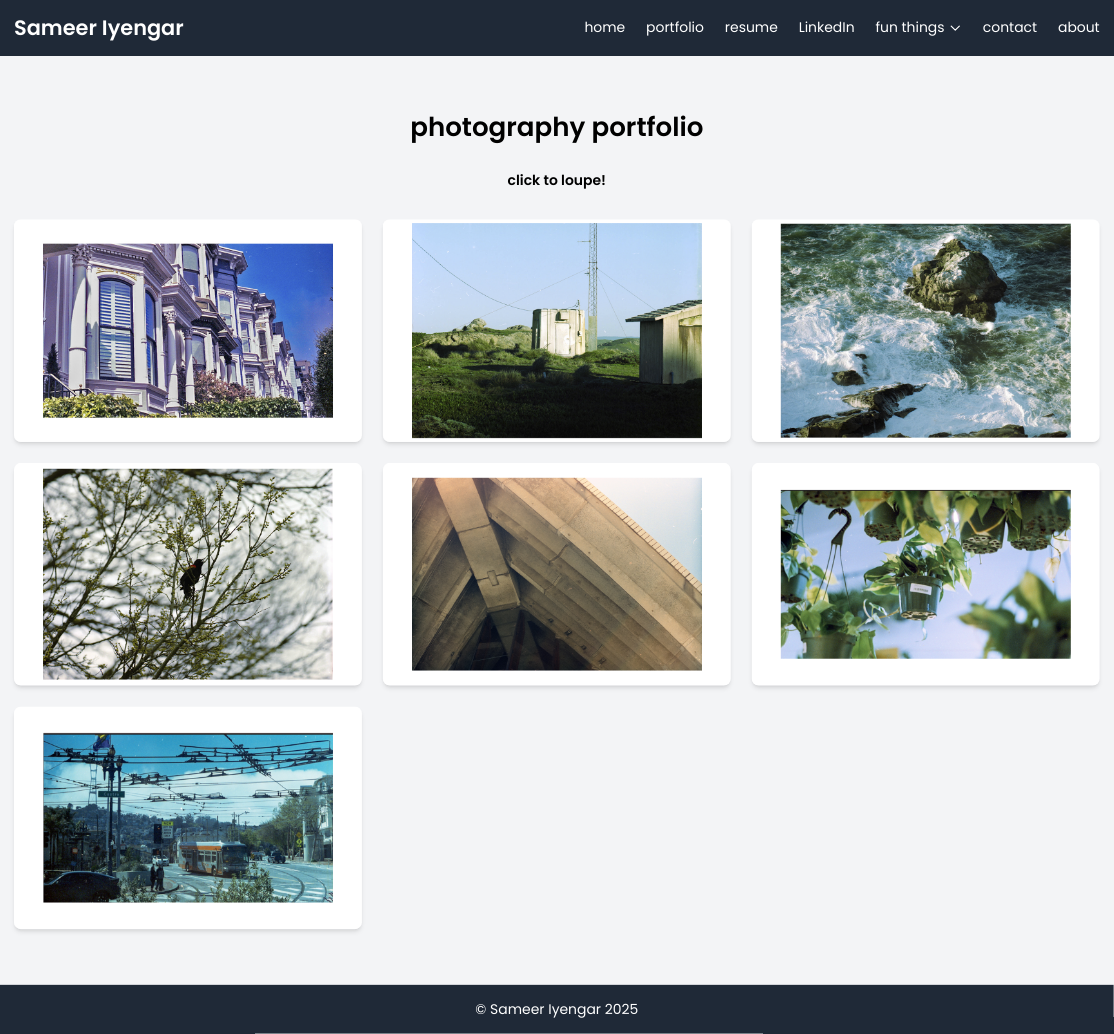
Repository: siyengar04/siyengar04.github.io
Page: portfolio.html
An editor plug-in stored every save of this project. The page is shown before and after the next save, followed by the edit.
The browser window is 1280 px wide. The pictures show the whole page, at 87% of full size.
Some web libraries are served in a nearby version.

Above is the page before, as saved 2025-06-26 18:23:29.

After the next save:
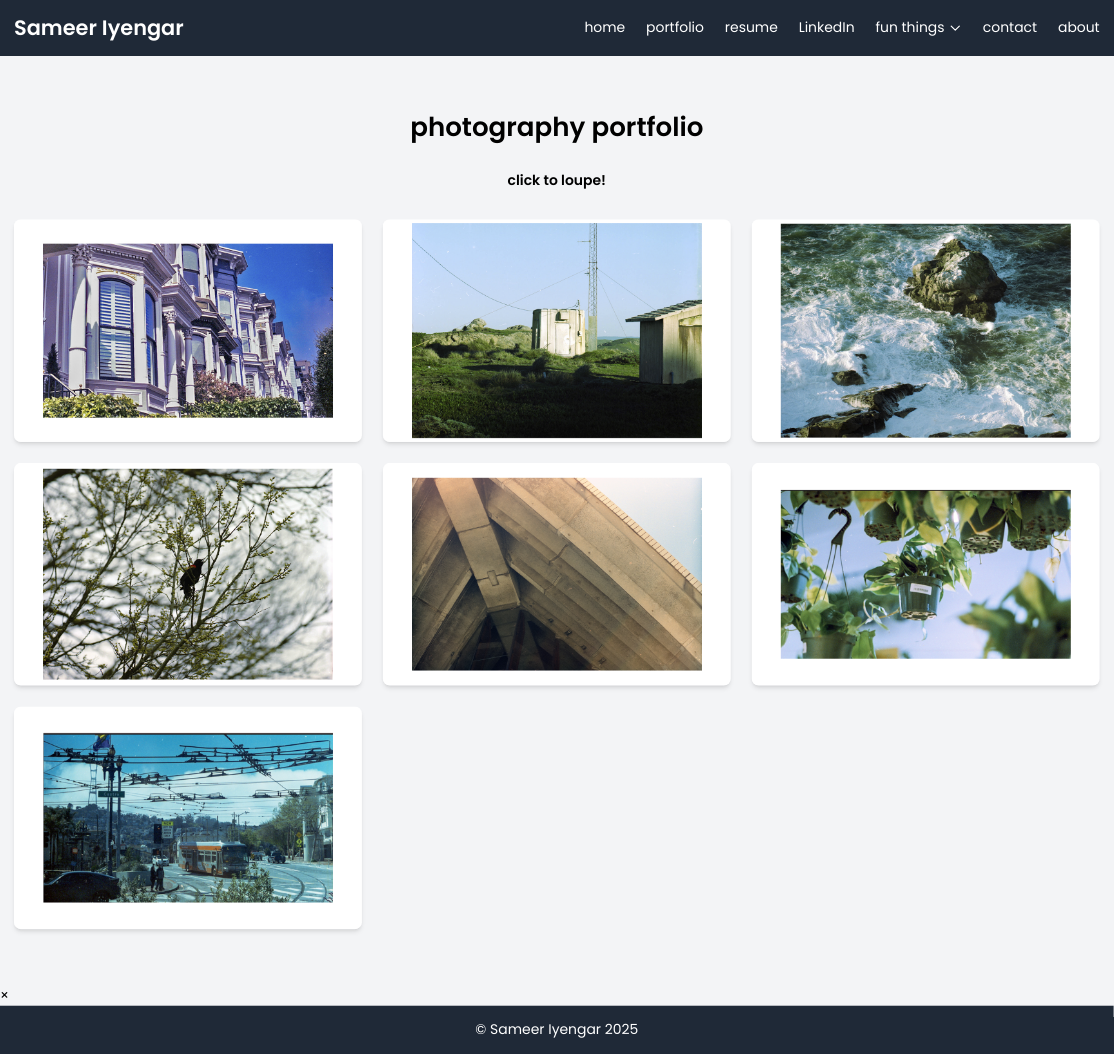
Saved 119 s later.
--- a/portfolio.html
+++ b/portfolio.html
@@ -1,20 +1,20 @@
 <!DOCTYPE html>
 <html lang="en">
+
 
 <head>
     <meta charset="UTF-8">
     <meta name="viewport" content="width=device-width, initial-scale=1.0">
-    <meta property="og:image" content="./images/profile.jpg">
-    <meta property="og:image:type" content="image/jpg">
-    <meta name="description" content="student, innovator, engineer" />
-    <meta property="og:title" content="Sameer Iyengar">
-    <meta property="og:description" content="student, innovator, engineer">
-    <title>Sameer Iyengar - Photography Portfolio</title>
+    <title>Sameer Iyengar</title>
     <script src="https://cdn.tailwindcss.com"></script>
     <link href="https://fonts.googleapis.com/css2?family=Poppins:wght@300;400;600&display=swap" rel="stylesheet">
     <style>
         body {
             font-family: 'Poppins', sans-serif;
+        }
+        /* Desktop dropdown styles */
+        .desktop-dropdown:hover .desktop-dropdown-menu {
+            display: block;
         }
         .gallery-img {
             transition: transform 0.3s ease, box-shadow 0.3s ease;
@@ -24,45 +24,13 @@
             transform: scale(1.02);
             box-shadow: 0 10px 25px rgba(0, 0, 0, 0.2);
         }
-        .modal {
-            display: none;
-            position: fixed;
-            z-index: 100;
-            left: 0;
-            top: 0;
-            width: 100%;
-            height: 100%;
-            background-color: rgba(0, 0, 0, 0.9);
-            overflow: auto;
-        }
-        .modal-content {
-            margin: auto;
-            display: block;
-            max-width: 90%;
-            max-height: 90%;
-            margin-top: 5vh;
-        }
-        .close {
-            position: absolute;
-            top: 20px;
-            right: 35px;
-            color: white;
-            font-size: 40px;
-            font-weight: bold;
-            cursor: pointer;
-        }
-        .caption {
-            margin: auto;
-            display: block;
-            width: 80%;
-            text-align: center;
-            color: #ccc;
-            padding: 10px 0;
+        /* Mobile dropdown arrow rotation */
+        .rotate-arrow {
+            transform: rotate(180deg);
         }
     </style>
 </head>
 
-<body class="bg-gray-100">
 <body class="bg-gray-100">
     <header class="fixed top-0 z-10 w-full py-4 text-white bg-gray-800">
         <div class="container flex items-center justify-between px-4 mx-auto">
@@ -81,16 +49,16 @@
                     <li><a href="/resume.html" class="hover:text-gray-400">resume</a></li>
                     <li><a href="https://www.linkedin.com/in/sameer-iyengar/" class="hover:text-gray-400">LinkedIn</a></li>
 
-                    <!-- Fun Things Dropdown -->
-                    <li class="relative dropdown">
+                    <!-- Desktop Fun Things Dropdown -->
+                    <li class="relative desktop-dropdown">
                         <button class="flex items-center hover:text-gray-400 focus:outline-none">
                             fun things
                             <svg xmlns="http://www.w3.org/2000/svg" class="w-4 h-4 ml-1" fill="none" viewBox="0 0 24 24" stroke="currentColor">
                                 <path stroke-linecap="round" stroke-linejoin="round" stroke-width="2" d="M19 9l-7 7-7-7" />
                             </svg>
                         </button>
-                        <div class="absolute z-20 hidden w-48 py-1 mt-2 bg-gray-700 rounded-md shadow-lg dropdown-menu">
-                            <a href="/cat-gallery.html" class="block px-4 py-2 hover:bg-gray-600">eva!!</a>
+                        <div class="absolute left-0 z-20 hidden w-48 py-1 mt-2 bg-gray-700 rounded-md shadow-lg desktop-dropdown-menu">
+                            <a href="/cat-gallery.html" class="block px-4 py-2 hover:bg-gray-600">Cat Gallery & Bio</a>
                             <a href="/travel-photos.html" class="block px-4 py-2 hover:bg-gray-600">Travel Photos</a>
                             <a href="/hobbies.html" class="block px-4 py-2 hover:bg-gray-600">My Hobbies</a>
                             <a href="/fun-facts.html" class="block px-4 py-2 hover:bg-gray-600">Fun Facts</a>

After the save that followed:
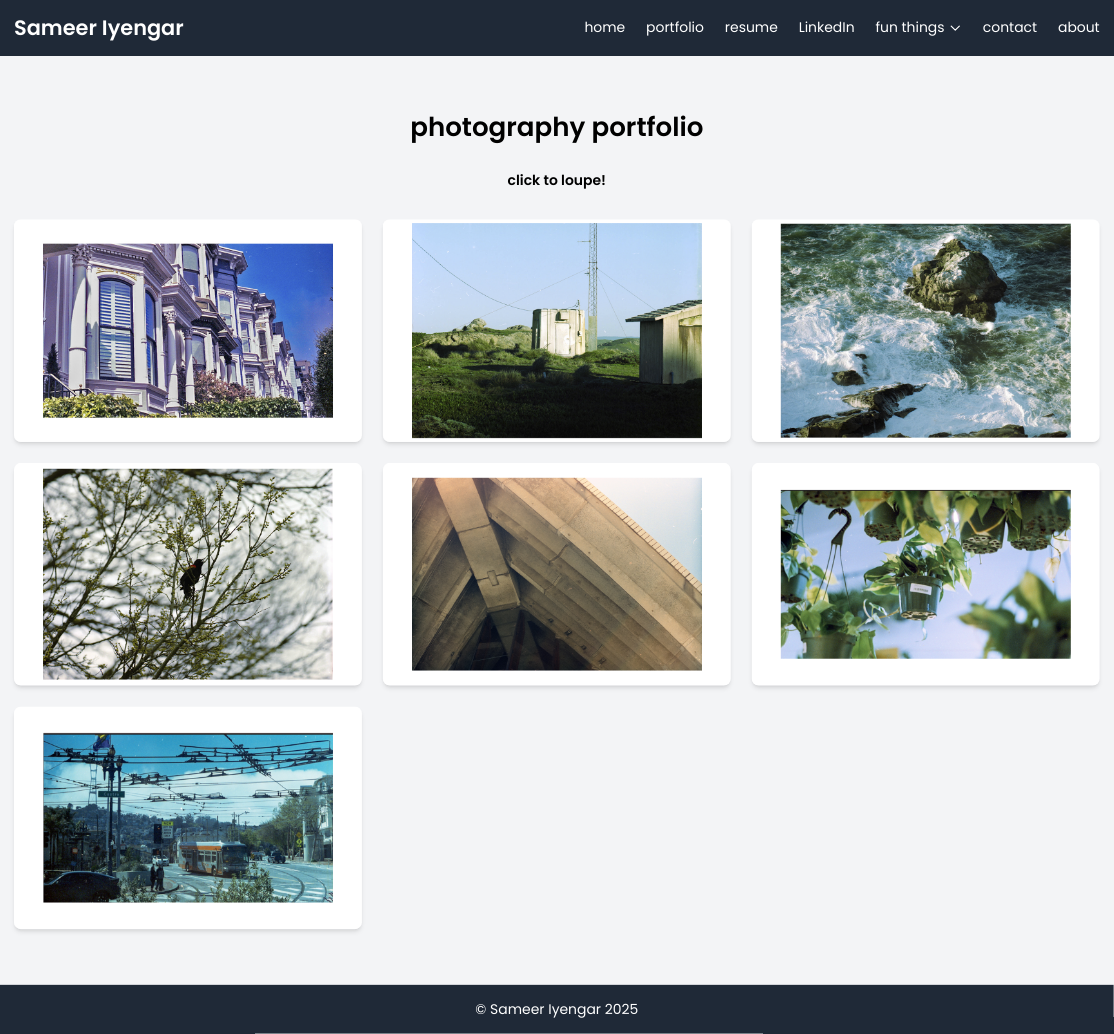
Saved 58 s later.
--- a/portfolio.html
+++ b/portfolio.html
@@ -1,21 +1,21 @@
 <!DOCTYPE html>
 <html lang="en">
-
 
 <head>
     <meta charset="UTF-8">
     <meta name="viewport" content="width=device-width, initial-scale=1.0">
-    <title>Sameer Iyengar</title>
+    <meta property="og:image" content="./images/profile.jpg">
+    <meta property="og:image:type" content="image/jpg">
+    <meta name="description" content="student, innovator, engineer" />
+    <meta property="og:title" content="Sameer Iyengar">
+    <meta property="og:description" content="student, innovator, engineer">
+    <title>Sameer Iyengar - Photography Portfolio</title>
     <script src="https://cdn.tailwindcss.com"></script>
     <link href="https://fonts.googleapis.com/css2?family=Poppins:wght@300;400;600&display=swap" rel="stylesheet">
     <style>
         body {
             font-family: 'Poppins', sans-serif;
         }
-        /* Desktop dropdown styles */
-        .desktop-dropdown:hover .desktop-dropdown-menu {
-            display: block;
-        }
         .gallery-img {
             transition: transform 0.3s ease, box-shadow 0.3s ease;
             cursor: pointer;
@@ -24,13 +24,45 @@
             transform: scale(1.02);
             box-shadow: 0 10px 25px rgba(0, 0, 0, 0.2);
         }
-        /* Mobile dropdown arrow rotation */
-        .rotate-arrow {
-            transform: rotate(180deg);
+        .modal {
+            display: none;
+            position: fixed;
+            z-index: 100;
+            left: 0;
+            top: 0;
+            width: 100%;
+            height: 100%;
+            background-color: rgba(0, 0, 0, 0.9);
+            overflow: auto;
+        }
+        .modal-content {
+            margin: auto;
+            display: block;
+            max-width: 90%;
+            max-height: 90%;
+            margin-top: 5vh;
+        }
+        .close {
+            position: absolute;
+            top: 20px;
+            right: 35px;
+            color: white;
+            font-size: 40px;
+            font-weight: bold;
+            cursor: pointer;
+        }
+        .caption {
+            margin: auto;
+            display: block;
+            width: 80%;
+            text-align: center;
+            color: #ccc;
+            padding: 10px 0;
         }
     </style>
 </head>
 
+<body class="bg-gray-100">
 <body class="bg-gray-100">
     <header class="fixed top-0 z-10 w-full py-4 text-white bg-gray-800">
         <div class="container flex items-center justify-between px-4 mx-auto">
@@ -49,16 +81,16 @@
                     <li><a href="/resume.html" class="hover:text-gray-400">resume</a></li>
                     <li><a href="https://www.linkedin.com/in/sameer-iyengar/" class="hover:text-gray-400">LinkedIn</a></li>
 
-                    <!-- Desktop Fun Things Dropdown -->
-                    <li class="relative desktop-dropdown">
+                    <!-- Fun Things Dropdown -->
+                    <li class="relative dropdown">
                         <button class="flex items-center hover:text-gray-400 focus:outline-none">
                             fun things
                             <svg xmlns="http://www.w3.org/2000/svg" class="w-4 h-4 ml-1" fill="none" viewBox="0 0 24 24" stroke="currentColor">
                                 <path stroke-linecap="round" stroke-linejoin="round" stroke-width="2" d="M19 9l-7 7-7-7" />
                             </svg>
                         </button>
-                        <div class="absolute left-0 z-20 hidden w-48 py-1 mt-2 bg-gray-700 rounded-md shadow-lg desktop-dropdown-menu">
-                            <a href="/cat-gallery.html" class="block px-4 py-2 hover:bg-gray-600">Cat Gallery & Bio</a>
+                        <div class="absolute z-20 hidden w-48 py-1 mt-2 bg-gray-700 rounded-md shadow-lg dropdown-menu">
+                            <a href="/cat-gallery.html" class="block px-4 py-2 hover:bg-gray-600">eva!!</a>
                             <a href="/travel-photos.html" class="block px-4 py-2 hover:bg-gray-600">Travel Photos</a>
                             <a href="/hobbies.html" class="block px-4 py-2 hover:bg-gray-600">My Hobbies</a>
                             <a href="/fun-facts.html" class="block px-4 py-2 hover:bg-gray-600">Fun Facts</a>
